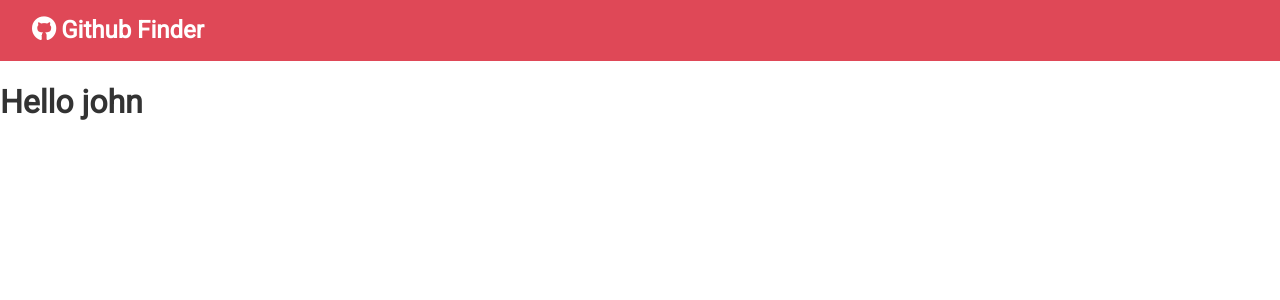
Repository: guicattani/fluffy-tribble-finder
Page: /
An editor plug-in stored every save of this project. The page is shown before and after the next save, followed by the edit.
The browser window is 1280 px wide. The pictures show the whole page.
Some web libraries are served in a nearby version. The project was rebuilt for these pictures with package versions that can differ from the ones it lists, and the page was loaded fresh each time.

Above is the page before, as saved 2020-02-26 16:00:35.

### public/index.html
<!DOCTYPE html>
<html lang="en">
  <head>
    <meta charset="utf-8" />
    <link rel="icon" href="%PUBLIC_URL%/favicon.ico" />

    <meta name="viewport" content="width=device-width, initial-scale=1" />
    <meta name="theme-color" content="#000000" />
    <meta
      name="description"
      content="Web site created using create-react-app"
    />
    <link rel="apple-touch-icon" href="%PUBLIC_URL%/logo192.png" />
    <link rel="manifest" href="%PUBLIC_URL%/manifest.json" />
    <link rel="stylesheet" href="https://use.fontawesome.com/releases/v5.6.3/css/all.css" integrity="sha384-UHRtZLI+pbxtHCWp1t77Bi1L4ZtiqrqD80Kn4Z8NTSRyMA2Fd33n5dQ8lWUE00s/" crossorigin="anonymous">
    <title>GitHub Finder</title>
  </head>
  <body>
    <noscript>You need to enable JavaScript to run this app.</noscript>
    <div id="root"></div>
  </body>
</html>

### src/App.js
import React, { Component } from "react";
import Navbar from './components/layout/Navbar.js'
import "./App.css";

class App extends Component {
  render() {
    const name = "john";

    return (
      <div className="App">
        <Navbar />
        <h1>Hello {name} </h1>
      </div>
    );
  }
}

export default App;

### src/components/layout/Navbar.js
import React, { Component } from 'react'
export class Navbar extends Component {
  render() {
    return (
      <nav className="navbar bg-primary">
        <h1>
          <i className='fab fa-github'/> Github Finder
        </h1>
      </nav>
    )
  }
}

export default Navbar

Loaded but not shown: src/index.js (common file); src/App.css (common file)

After the next save:
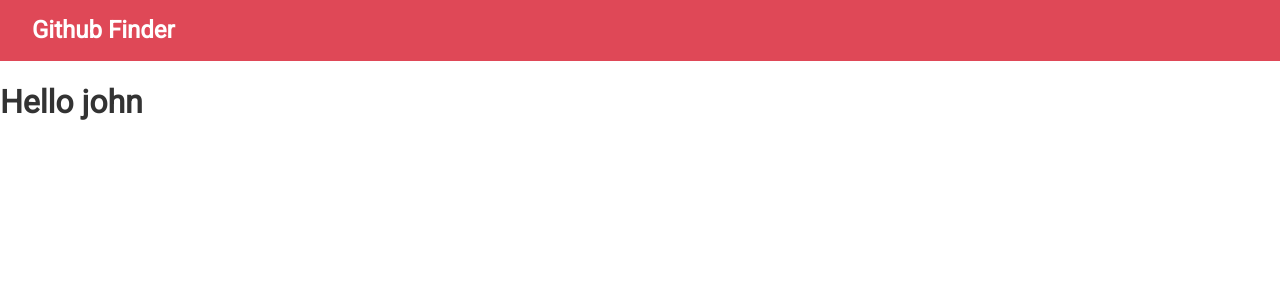
Saved 22 s later.
--- a/src/components/layout/Navbar.js
+++ b/src/components/layout/Navbar.js
@@ -4,7 +4,7 @@
     return (
       <nav className="navbar bg-primary">
         <h1>
-          <i className='fab fa-github'/> Github Finder
+          <i className={this.props.icon}/> Github Finder
         </h1>
       </nav>
     )

After the save that followed:
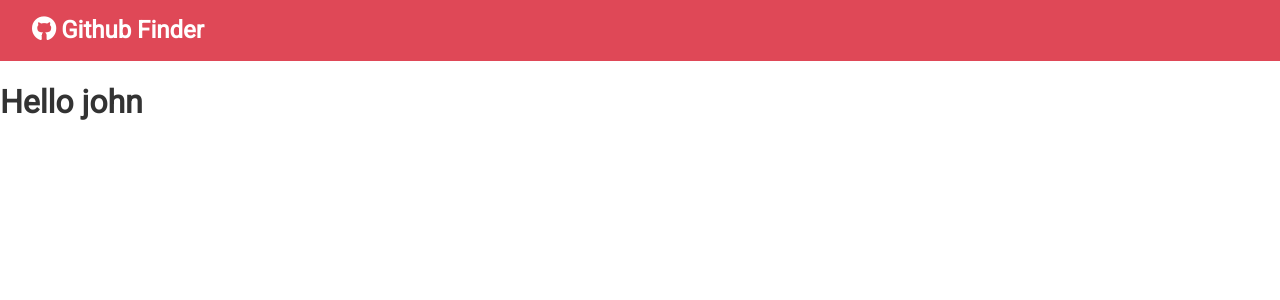
Saved 28 s later.
--- a/src/App.js
+++ b/src/App.js
@@ -8,7 +8,7 @@
 
     return (
       <div className="App">
-        <Navbar />
+        <Navbar title='Github Finder' icon='fab fa-github' />
         <h1>Hello {name} </h1>
       </div>
     );
